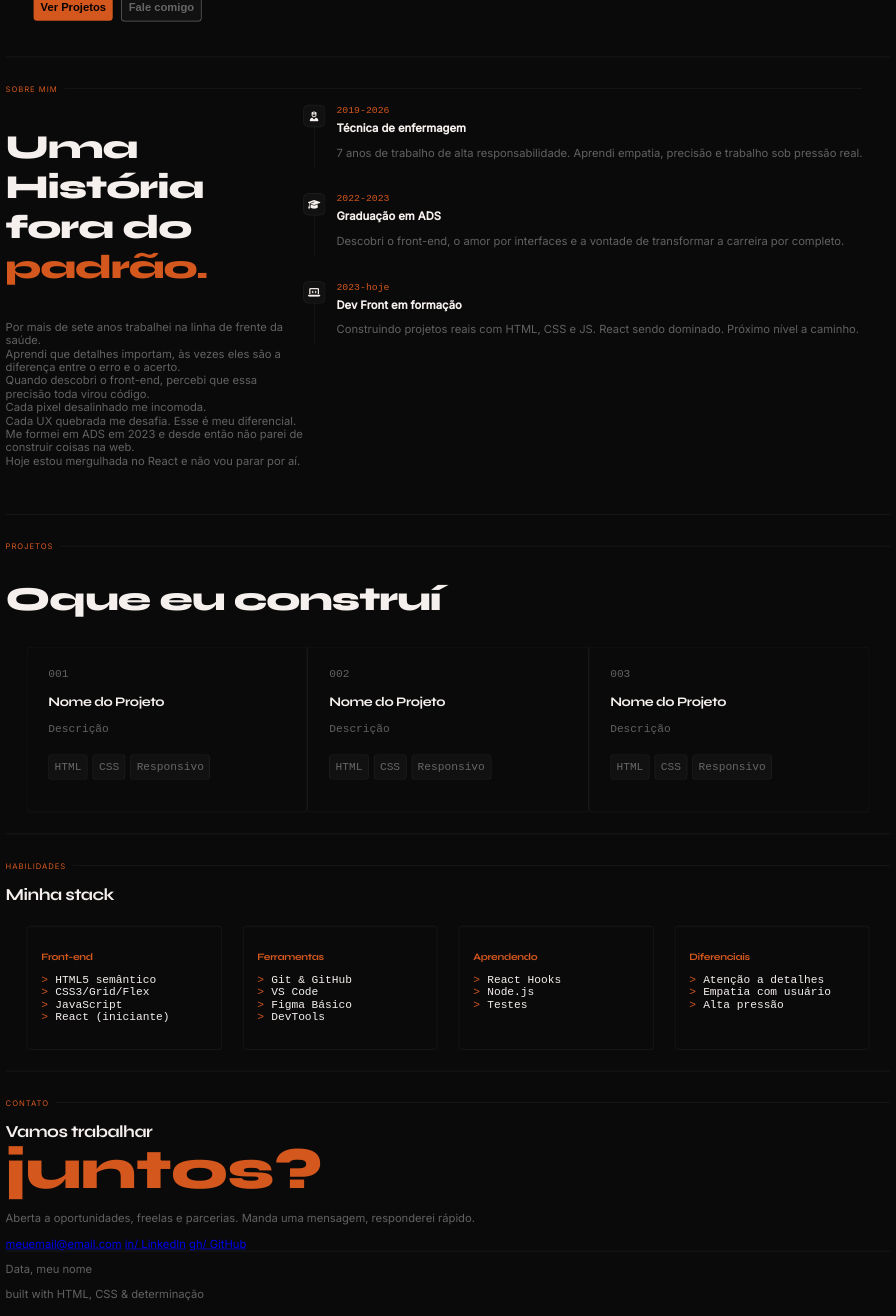
Repository: Bitroia/Portifolio
Page: index.html
The author's editor kept a copy of each file at every save. The page is drawn from the files as they stood at one save, then again after the next save.
The browser window is 1280 px wide. The pictures show the part of the page from y = 734 to 2654 px (the page is 2614 px tall before and 2654 px after), at 70% of full size.
Some web fonts or font styles are not loaded; a fallback is used.

Above is the page before, as saved 2026-04-30 19:23:35.

After the next save:
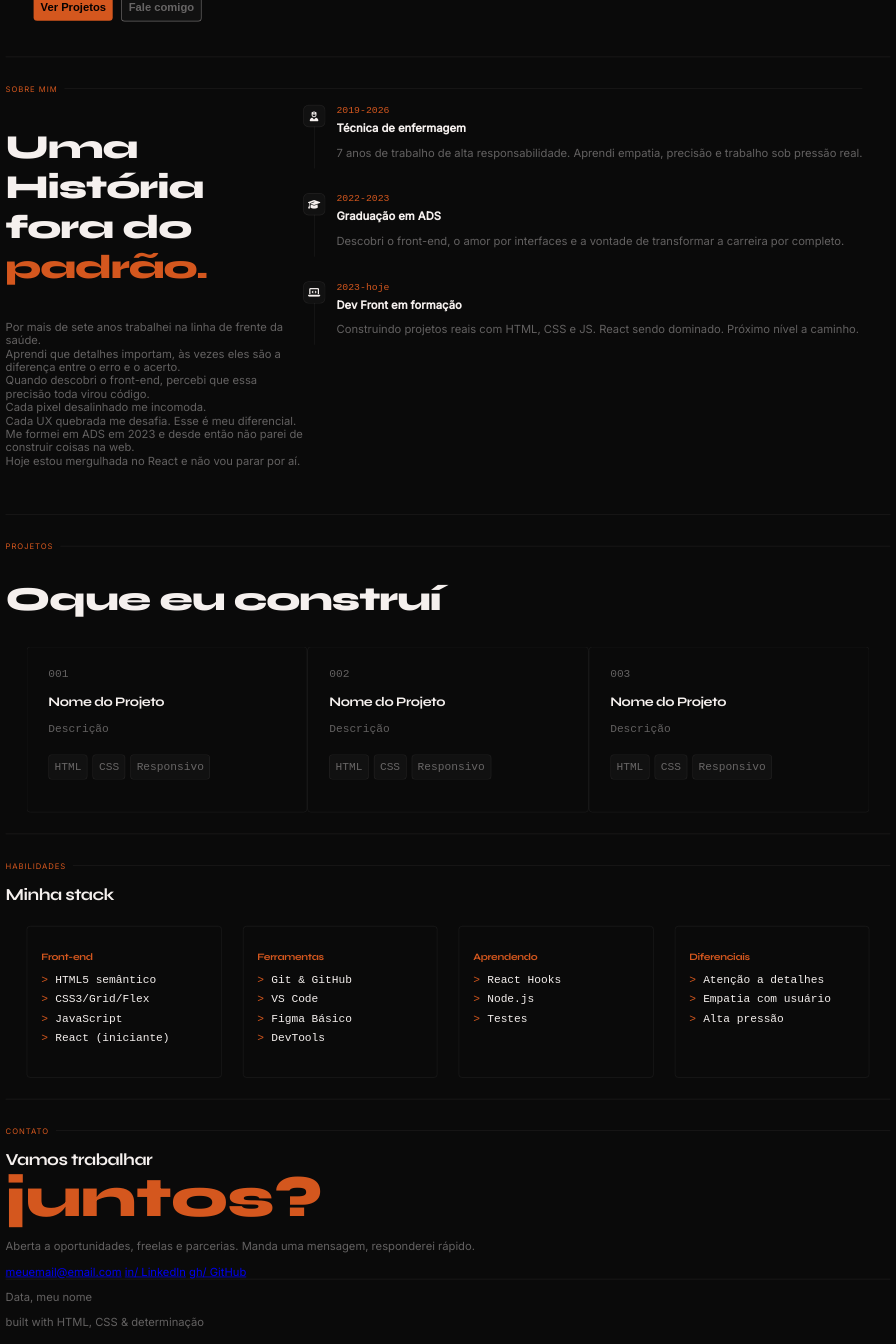
Saved 12 s later.
--- a/styles/style.css
+++ b/styles/style.css
@@ -486,7 +486,7 @@ background-color: var(--border);
   list-style: none;
   position: relative;
   padding-left: 20px;
-  padd
+  padding-bottom: 10px;
 }
 
 .stack-ul li::before{
